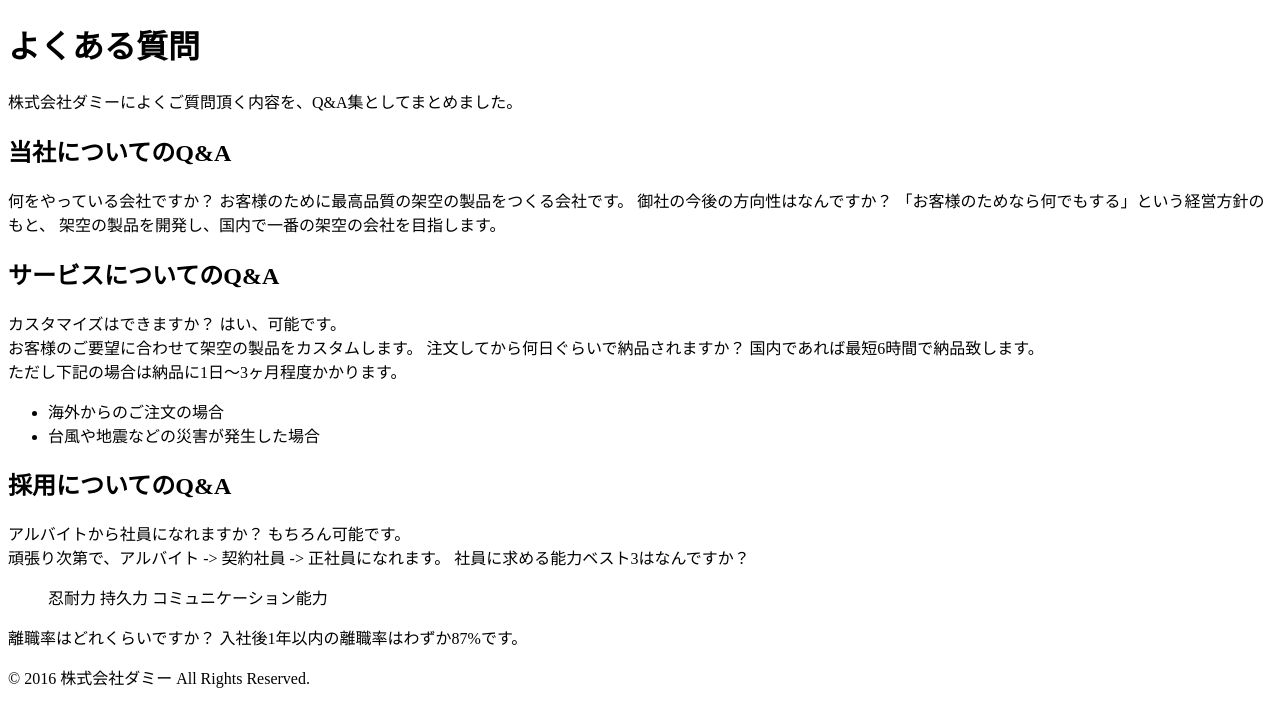
Repository: winc1980/practice-hp2022-wednesday
Page: ruka/practice1.html
These files come from the project's save history. The page is drawn as it stood at one moment and after a run of saves; the edit follows.
The browser window is 1280 px wide. The pictures show the whole page.

Above is the page before, as saved 2022-05-26 00:11:34.

After the next 2 saves:
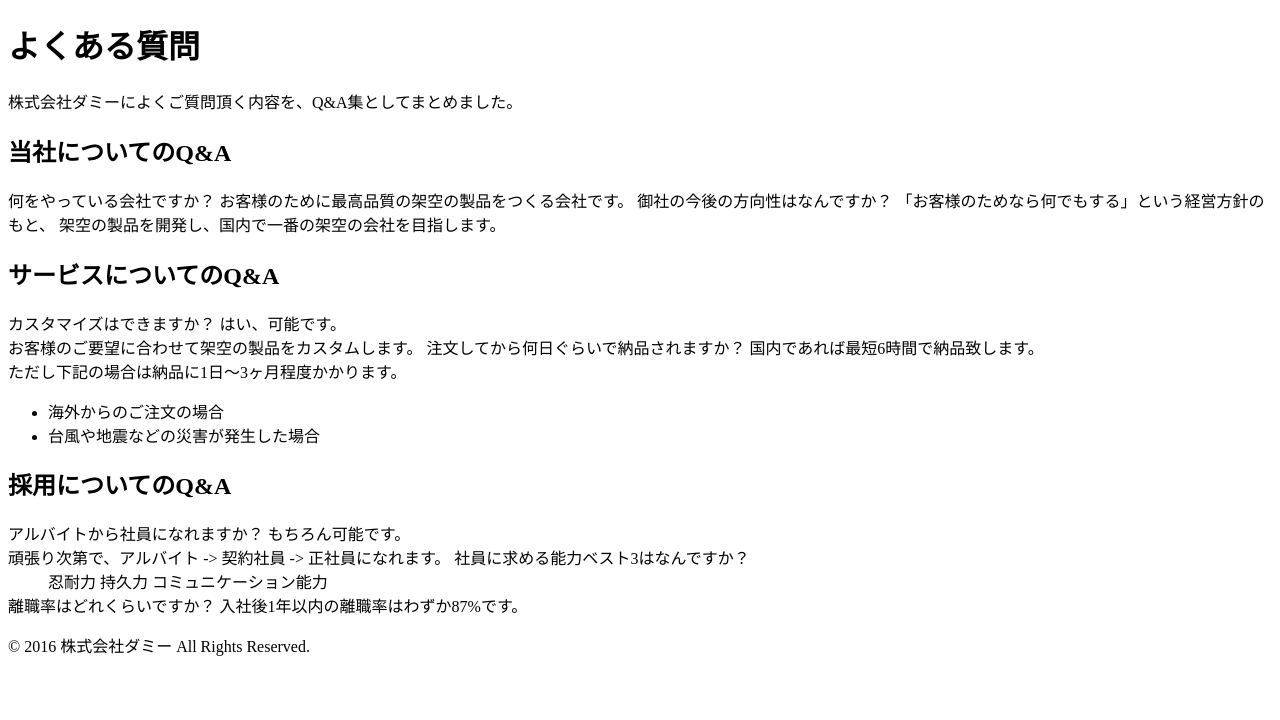
The 2 saves are shown as one change because they came seconds apart.
The last was saved 49 s later.
--- a/ruka/practice1.html
+++ b/ruka/practice1.html
@@ -53,11 +53,12 @@
 もちろん可能です。<br>
 頑張り次第で、アルバイト -> 契約社員 -> 正社員になれます。
 社員に求める能力ベスト3はなんですか？
-<ul>
+<dd>
+
 忍耐力
 持久力
 コミュニケーション能力
-</ul>
+</dd>
 
 
 離職率はどれくらいですか？
